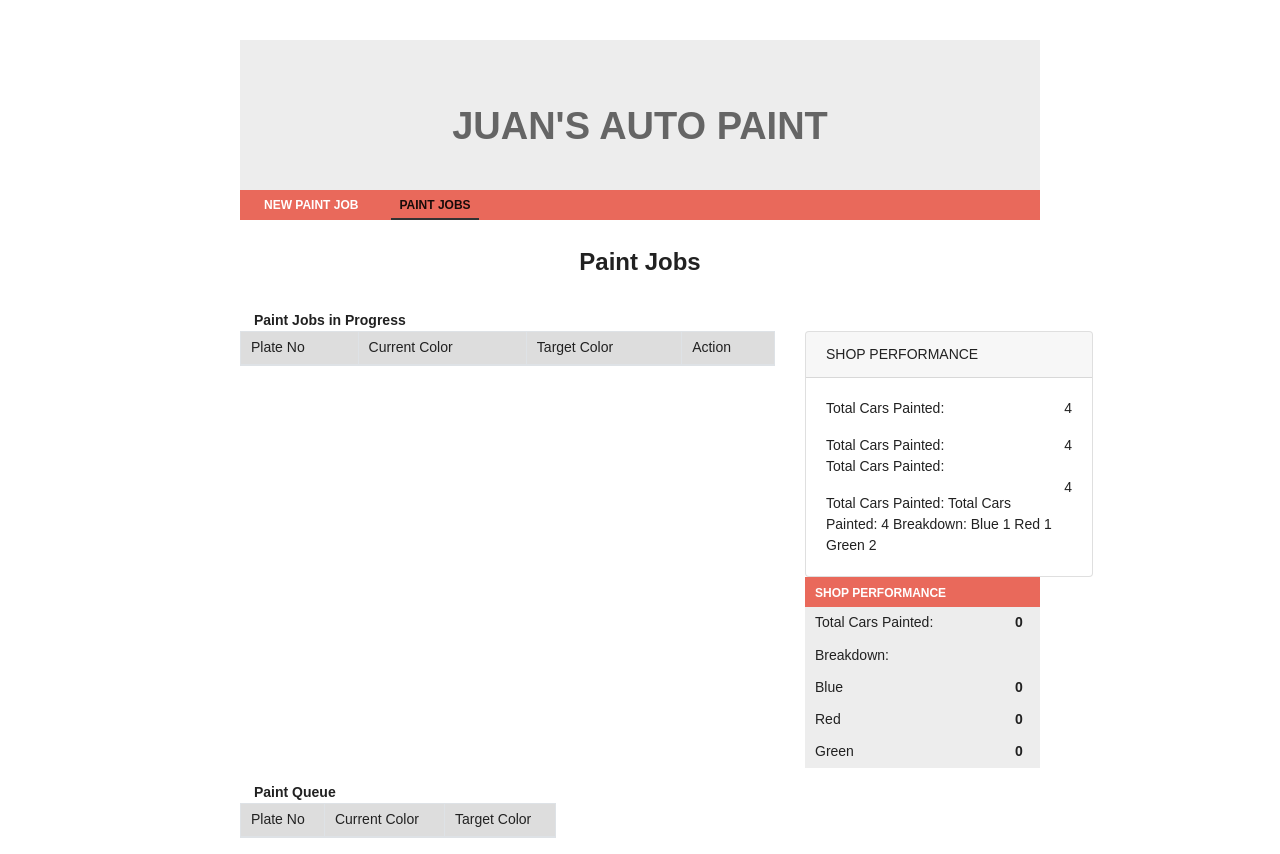
Repository: soycaringal/paint-job
Page: http://localhost/jobs
An editor plug-in stored every save of this project. The page is shown before and after the next save, followed by the edit.
The browser window is 1280 px wide. The pictures show the whole page.
The page is served by the project's Laravel application, run on PHP 8.4 with Laravel 8. Other server files are loaded and not shown. Queries for data that is not in the repository find no rows.

Above is the page before, as saved 2020-02-23 19:56:31.

### routes/web.php
<?php

/*
|--------------------------------------------------------------------------
| Web Routes
|--------------------------------------------------------------------------
|
| Here is where you can register web routes for your application. These
| routes are loaded by the RouteServiceProvider within a group which
| contains the "web" middleware group. Now create something great!
|
*/

Route::get('/', 'CarController@index')->name('home');
Route::get('/jobs', 'CarController@jobs')->name('jobs');
Route::post('/car', 'CarController@store')->name('car.store');

// Route::post('/car', function () {

//     return 'aw';
// });

### app/Http/Controllers/CarController.php
<?php

namespace App\Http\Controllers;

use App\Car;
use Illuminate\Http\Request;

class CarController extends Controller
{
    private $car;

    public function __construct(Car $car) {
        $this->car = $car;
    }

    /**
     * Display a listing of the resource.
     *
     * @return \Illuminate\Http\Response
     */
    public function index()
    {
        $cars = $this->car->all();
        return view('home', compact('cars'));
    }

        /**
     * Display a listing of the resource.
     *
     * @return \Illuminate\Http\Response
     */
    public function jobs()
    {
        return view('jobs');
    }

    /**
     * Show the form for creating a new resource.
     *
     * @return \Illuminate\Http\Response
     */
    public function create()
    {
        //
    }

    /**
     * Store a newly created resource in storage.
     *
     * @param  \Illuminate\Http\Request  $request
     * @return \Illuminate\Http\Response
     */
    public function store(Request $request)
    {
        $data = $request->all();

        $car = new Car();
        $car->plate_no = $data['plate_no'];
        $car->current_color = $data['current_color'];
        $car->target_color = $data['target_color'];
        $car->save();

        return redirect('jobs');
    }

    /**
     * Display the specified resource.
     *
     * @param  \App\Car  $car
     * @return \Illuminate\Http\Response
     */
    public function show(Car $car)
    {
        //
    }

    /**
     * Show the form for editing the specified resource.
     *
     * @param  \App\Car  $car
     * @return \Illuminate\Http\Response
     */
    public function edit(Car $car)
    {
        //
    }

    /**
     * Update the specified resource in storage.
     *
     * @param  \Illuminate\Http\Request  $request
     * @param  \App\Car  $car
     * @return \Illuminate\Http\Response
     */
    public function update(Request $request, Car $car)
    {
        $car = $this->car->find($request->id);
        $car->status = 'completed';
        $car->save();
    }

    /**
     * Remove the specified resource from storage.
     *
     * @param  \App\Car  $car
     * @return \Illuminate\Http\Response
     */
    public function destroy(Car $car)
    {
        //
    }
}

### resources/views/jobs.blade.php
@extends('layouts.app')

@section('content')
<div class="paint-jobs-content">
    <section>
        <div class="paint-job-title">
            <h1>Paint Jobs</h1>
        </div>
    </section>
    <div class="paint-jobs-wrapper">
        <section class="car-in-progress">
            <h3>Paint Jobs in Progress</h3>
            <table class="table table-bordered">
                <thead class="thead">
                    <tr>
                        <th scope="col">Plate No</th>
                        <th scope="col">Current Color</th>
                        <th scope="col">Target Color</th>
                        <th scope="col">Action</th>
                    </tr>
                </thead>
                <tbody class="car-in-progress-rows">

                </tbody>
            </table>
        </section>
        <section class="car-performance">
            <div class="card" style="width: 18rem;">
                <div class="card-header">SHOP PERFORMANCE</div>
                <div class="card-body">
                    <p>
                        <span class="card-text">Total Cars Painted:</span>
                        <span class="float-right">4</span>
                    </p>
                    <p>
                        <span class="d-inline">Total Cars Painted:</span>
                        <span class="float-right">4</span>
                         <span class="d-block">Total Cars Painted:</span>
                        <span class="float-right">4</span>
                    </p>


                    <span>Total Cars Painted:</span>
                    <span>Total Cars Painted:</span>
                    	4
                    Breakdown:
                    Blue	1
                    Red	1
                    Green	2
                </div>
            </div>
            <table class="table table-borderless">
                <thead class="thead">
                    <tr>
                        <th scope="col" colspan="2">SHOP PERFORMANCE</th>
                    </tr>
                </thead>
                <tbody class="car-performance-rows">

                </tbody>
            </table>
        </section>
    </div>

    <section class="car-queue row">
        <div class="col-5">
            <h3>Paint Queue</h3>
            <table class="table table-bordered">
                <thead class="thead">
                    <tr>
                        <th scope="col">Plate No</th>
                        <th scope="col">Current Color</th>
                        <th scope="col">Target Color</th>
                    </tr>
                </thead>
                <tbody class="car-queue-rows">

                </tbody>
            </table>
        </div>
    </section>
</div>

<script>
    $(document).ready(() => {
        getData();
        // poll();
    })

    function templatePending(cars) {
        let template = '\
        <tr> \
            <td>{PLATE_NO}</td> \
            <td>{CURRENT_COLOR}</td> \
            <td>{TARGET_COLOR}</td> \
            <td class="text-center">{ACTION}</td> \
        </tr>';

        let result = '';
        cars.forEach(car => {
            const action = '<a onclick="updateStatus(' + car.id + ')" href="javascript:void(0)">Mark as Completed</>'
            let row =  template
                .replace('{PLATE_NO}', car.plate_no)
                .replace('{CURRENT_COLOR}', car.current_color)
                .replace('{TARGET_COLOR}', car.target_color)
                .replace('{ACTION}', action)

            result += row;
        });

        $('.car-in-progress-rows').html(result);
    }

    function templateQueue(cars) {
        let template = '\
        <tr> \
            <td>{PLATE_NO}</td> \
            <td>{CURRENT_COLOR}</td> \
            <td>{TARGET_COLOR}</td> \
        </tr>';

        let result = '';
        cars.forEach(car => {
            const action = '<a onclick="updateStatus(' + car.id + ')" href="javascript:void(0)">Mark as Completed</>'
            let row =  template
                .replace('{PLATE_NO}', car.plate_no)
                .replace('{CURRENT_COLOR}', car.current_color)
                .replace('{TARGET_COLOR}', car.target_color)

            result += row;
        });

        $('.car-queue-rows').html(result);
    }

    function templatePerformance(car) {
        let template = '\
        <tr> \
            <td>Total Cars Painted:</td> \
            <td>{TOTAL_CARS}</td> \
        </tr> \
        <tr> \
            <td colspan="2">Breakdown:</td> \
        </tr> \
        <tr> \
            <td>Blue</td> \
            <td>{TOTAL_BLUE}</td> \
        </tr> \
        <tr> \
            <td>Red</td> \
            <td>{TOTAL_RED}</td> \
        </tr> \
        <tr> \
            <td>Green</td> \
            <td>{TOTAL_GREEN}</td> \
        </tr>';

        let result =  template
            .replace('{TOTAL_CARS}', car.total_cars)
            .replace('{TOTAL_BLUE}', car.total_blue)
            .replace('{TOTAL_RED}', car.total_red)
            .replace('{TOTAL_GREEN}', car.total_green)

        $('.car-performance-rows').html(result);
    }

    function updateStatus(id) {
        $.post('/api/car', {id: id})
        .then((res) => {
            console.log(res);
        });
    }

    async function getData()  {
        await $.get('/api/cars')
        .then((result) => {
            templatePending(result.pending);
            templateQueue(result.queue);
        });

        await $.get('/api/cars/performance')
        .then((result) => {
            templatePerformance(result);
        });
    }

    function poll() {
        setTimeout(() => {
            getData()
            .then(poll())
        }, 3000);
    }
</script>


@endsection

### resources/views/layouts/app.blade.php
<!DOCTYPE html>
<html lang="{{ str_replace('_', '-', app()->getLocale()) }}">
    <head>
        <meta charset="utf-8">
        <meta name="viewport" content="width=device-width, initial-scale=1">

        <title>Laravel</title>

        <!-- Fonts -->
        <link href="https://fonts.googleapis.com/css?family=Nunito:200,600" rel="stylesheet">
        <link rel="stylesheet" href="https://stackpath.bootstrapcdn.com/bootstrap/4.1.3/css/bootstrap.min.css" integrity="sha384-MCw98/SFnGE8fJT3GXwEOngsV7Zt27NXFoaoApmYm81iuXoPkFOJwJ8ERdknLPMO" crossorigin="anonymous">
        <script src="https://code.jquery.com/jquery-3.3.1.slim.min.js" integrity="sha384-q8i/X+965DzO0rT7abK41JStQIAqVgRVzpbzo5smXKp4YfRvH+8abtTE1Pi6jizo" crossorigin="anonymous"></script>
        <script src="https://cdnjs.cloudflare.com/ajax/libs/popper.js/1.14.3/umd/popper.min.js" integrity="sha384-ZMP7rVo3mIykV+2+9J3UJ46jBk0WLaUAdn689aCwoqbBJiSnjAK/l8WvCWPIPm49" crossorigin="anonymous"></script>
        <script src="https://stackpath.bootstrapcdn.com/bootstrap/4.1.3/js/bootstrap.min.js" integrity="sha384-ChfqqxuZUCnJSK3+MXmPNIyE6ZbWh2IMqE241rYiqJxyMiZ6OW/JmZQ5stwEULTy" crossorigin="anonymous"></script>
        <link href="/css/main.css" rel="stylesheet">
        <script src="https://code.jquery.com/jquery-3.4.1.min.js"
                integrity="sha256-CSXorXvZcTkaix6Yvo6HppcZGetbYMGWSFlBw8HfCJo=" crossorigin="anonymous"></script>
    </head>
    <body>
        <div class="car-container">
            <header>
                <div class="jumbotron text-center">
                    <h1>Juan's Auto Paint</h1>
                </div>
                <nav class="navbar navbar-expand-lg navbar-light">
                    <div class="collapse navbar-collapse" id="navbarText">
                        <ul class="navbar-nav mr-auto">
                            <li class="nav-item {{ Route::is('home') ? 'active' : '' }}">
                                <a class="nav-link" href="/">NEW PAINT JOB</a>
                            </li>
                            <li class="nav-item {{ Route::is('jobs') ? 'active' : '' }}">
                                <a class="nav-link" href="/jobs">PAINT JOBS</a>
                            </li>
                            </li>
                        </ul>
                    </div>
                </nav>
            </header>
            <main>
                @yield('content')
            </main>
        </div>
    </body>
</html>

### public/css/main.css
body {
    font-family: Arial;
    color: #212121;
}

header {
    margin-top: 40px;
}

header .jumbotron {
    background-color: #ededed;
    border-radius: 0;
    height: 150px;
    margin-bottom: 0;
}

header h1 {
    color: #656565;
    font-family: 'arial';
    font-size: 38px;
    font-weight: bold;
    text-transform: uppercase;
}

.car-container {
    margin: 0 auto;
    width: 800px;
}

.navbar {
    background-color: #e9695b;
    height: 30px;
    font-size: 12px;
}

.navbar .nav-item a {
    color: #333333;
    font-weight: bold;
    margin-right: 25px;
}

.navbar-light .navbar-nav .nav-item.active .nav-link {
    padding-bottom: 4px;
    border-bottom: 2px solid #333;
}

.navbar-light .navbar-nav .nav-link {
    color: #FFFFFF;
}

.paint-job-title h1 {
    text-align: center;
    font-size: 24px;
    font-weight: bold;
    margin-top: 28px;
}

.paint-job-images {
    margin-top: 30px;
}

.paint-job-images figure {
    text-align: center;
}

.car-details {
    margin-left: 15px;
    margin-top: 25px;
    font-size: 14px;
    color: #212121;
}

.car-details h2 {
    font-size: 16px;
    font-weight: bold;
}

.car-details button {
    background-color: #e9695b;
    color: #FFFFFF;
    font-size: 14px;
    border-radius: 0;
    width: 150px;
}

.paint-jobs-content {
    font-size: 14px;
}

.paint-jobs-content h3 {
    font-size: 14px;
    font-weight: bold;
    margin-left: 14px;
    margin-bottom: 2px;
}

.paint-jobs-content .table .thead th, .paint-jobs-content .table tbody td {
    padding: .4em;
    font-weight: normal;
    padding-left: 10px;
}

.paint-jobs-content .table .thead {
    background-color: #dddddd;
    height: 30px;
}

.paint-jobs-content .car-performance .table .thead th {
    font-weight: bold;
}

.paint-jobs-content .car-performance .table .thead {
    background-color: #e9695b;
    color: #FFFFFF;
    font-size: 12px;
}

.paint-jobs-content .car-performance .table tbody {
    background-color: #ededed;
}

.paint-jobs-content .car-in-progress tbody a {
    color: #e9695b;
    font-weight: bold;
}

.paint-jobs-content .car-in-progress {
    width: 535px;
}

.paint-jobs-content .car-performance {
    margin-top: 19px;
    margin-left: 30px;
    width: 235px;
}

.paint-jobs-content .paint-jobs-wrapper {
    display: flex;
    margin-top: 35px;
}

.paint-jobs-content .car-performance-rows tr td:nth-child(2) {
    font-weight: bold;
}

Loaded but not shown: app/Http/Controllers/Controller.php (common file); app/Car.php (common file)

After the next save:
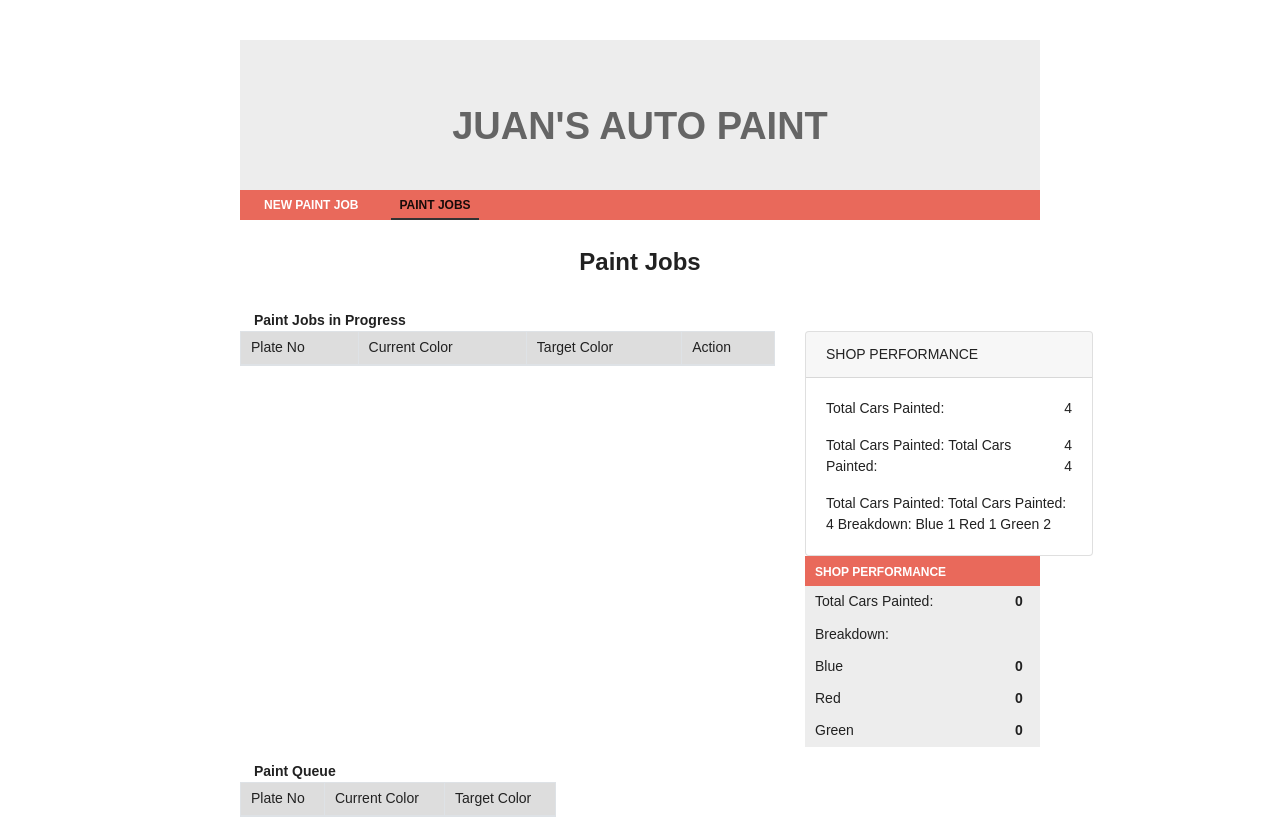
Saved 7 s later.
--- a/resources/views/jobs.blade.php
+++ b/resources/views/jobs.blade.php
@@ -35,7 +35,7 @@
                     <p>
                         <span class="d-inline">Total Cars Painted:</span>
                         <span class="float-right">4</span>
-                         <span class="d-block">Total Cars Painted:</span>
+                         <span class="d-inline">Total Cars Painted:</span>
                         <span class="float-right">4</span>
                     </p>
 
